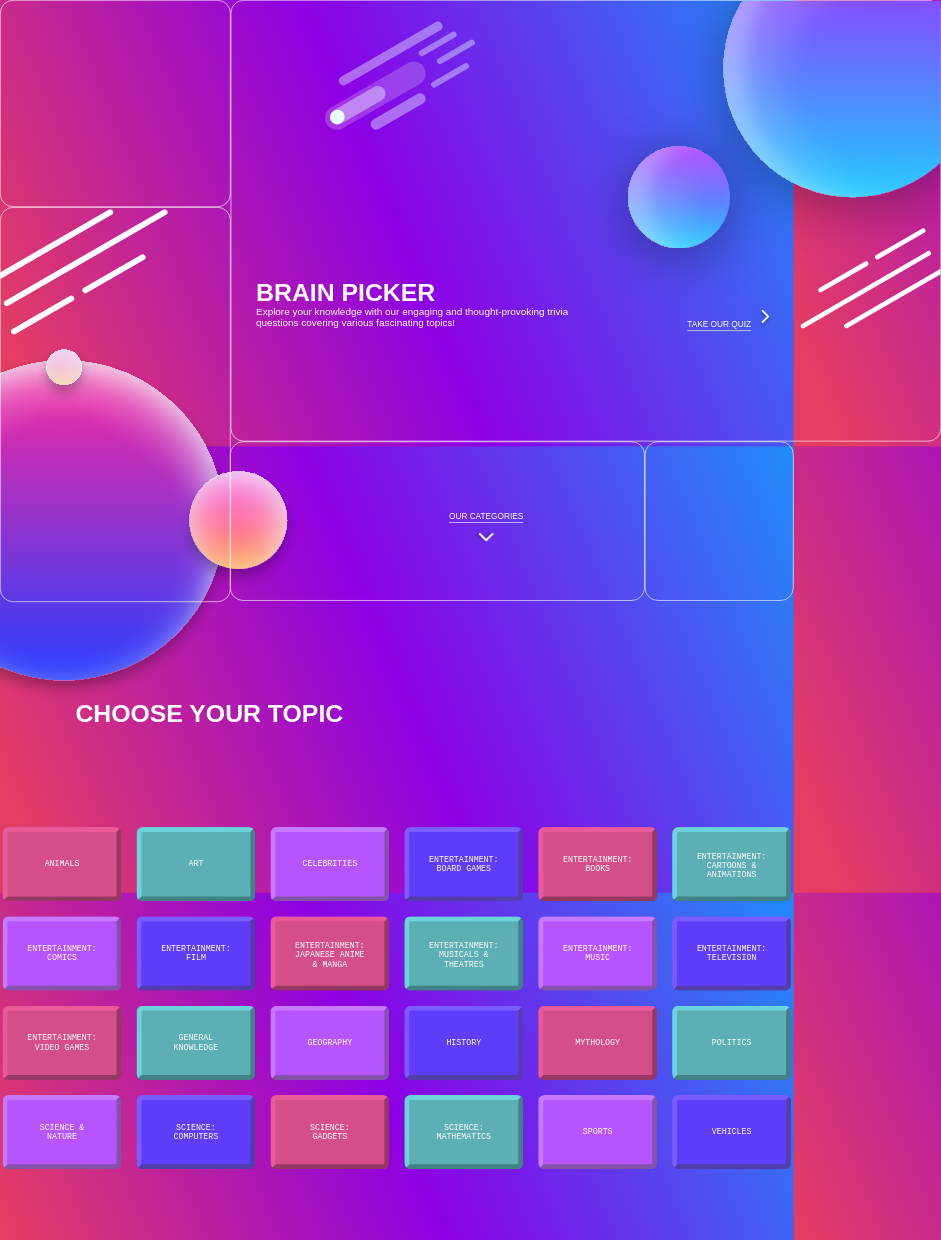
Repository: pjiang604/COMP-2170_Final-Project
Page: index.html
The author's editor kept a copy of each file at every save. The page is drawn from the files as they stood at one save, then again after the next save.
The browser window is 1280 px wide. The page is 1518 px wide, so the pictures cover 1518 px, including what lies to the right of the window. The pictures show the whole page, at 62% of full size.
Backgrounds fixed to the window are drawn as part of the page.

Above is the page before, as saved 2023-04-30 13:32:44.

### index.html
<!DOCTYPE html>
<html lang="en">
  <head>
    <meta charset="UTF-8">
    <meta http-equiv="X-UA-Compatible" content="IE=edge">
    <meta name="viewport" content="width=device-width, initial-scale=1.0">
    <link rel="stylesheet" href="style.css">
    <title> Brain Picker </title>
    <script src="/easy.js"></script>
    <script src="/medium.js"></script>
    <script src="/hard.js"></script>
  </head>
  <body>
    <div class="container">
      <div class="graphic__left">
        <img class="bottom__left_sphere" src="/Assets/bg_graphics/bottom_left_sphere_group.svg" alt="">
        <img class="left__shooting_star" src="/Assets/bg_graphics/shooting_star_left.svg" alt="">
      </div>
      <div class="left__containers">
        <div class="left__container_top"></div>
        <div class="left__container_bottom"></div>
      </div>
      <div class="quiz__container">
        <div class="left__content">
          <h1> BRAIN PICKER </h1>
          <p> Explore your knowledge with our engaging and thought-provoking trivia questions covering various fascinating topics! </p>
        </div>
        <div class="right__content">
          <div class="graphics">
            <img class="shooting__star_top" src="/Assets/bg_graphics/shooting_star_alt.svg" alt="">
            <img class="top__right_sphere" src="/Assets/bg_graphics/top_right_sphere_group.svg" alt="">
            <img class="star__right" src="/Assets/bg_graphics/shooting_star_right.svg" alt="">
          </div>
          <div class="quiz__button">
            <a href="#">
              <button class="take__quiz_button"> TAKE OUR QUIZ </button>
              <img class="quiz__arrow" src="/Assets/buttons/arrow-head.svg" alt="">
            </a>
          </div>
        </div>
      </div>
    </div>
    <div class="bottom__containers">
      <div class="bottom__container_left">
        <a href="#">
          <button class="categories__button"> OUR CATEGORIES </button>
        </a>
        <img class="categories__arrow" src="/Assets/buttons/arrow-head.svg" alt="" width="30px">
      </div>
      <div class="bottom__container_right"></div>
    </div>

    <div class="categories__section">
      <h1 class="topics_header">CHOOSE YOUR TOPIC</h1>

      <div class="categories_container">
        <button class='topic_button1' id="animals">animals</button>
        <button class='topic_button2' id="art">art</button>
        <button class='topic_button3' id="celebrities">celebrities</button>
        <button class='topic_button4' id="board_games">entertainment: board games</button>
        <button class='topic_button1' id="books">entertainment: books</button>
        <button class='topic_button2' id="cartoons_animations">entertainment: cartoons & animations</button>
        <button class='topic_button3' id="comics">entertainment: comics</button>
        <button class='topic_button4' id="film">entertainment: film</button>
        <button class='topic_button1' id="japanese_anime">entertainment: japanese anime & manga</button>
        <button class='topic_button2' id="musicals_theatre">entertainment: musicals & theatres</button>
        <button class='topic_button3' id="music">entertainment: music</button>
        <button class='topic_button4' id="television">entertainment: television</button>
        <button class='topic_button1' id="video_games">entertainment: video games</button>
        <button class='topic_button2' id="general_knwoledge">general knowledge</button>
        <button class='topic_button3' id="geography">geography</button>
        <button class='topic_button4' id="history">history</button>
        <button class='topic_button1' id="mythology">mythology</button>
        <button class='topic_button2' id="politics">politics</button>
        <button class='topic_button3' id="science_nature">science & nature</button>
        <button class='topic_button4' id="computers">science: computers</button>
        <button class='topic_button1' id="gadgets">science: gadgets </button>
        <button class='topic_button2' id="mathematics">science: mathematics</button>
        <button class='topic_button3' id="sports">sports</button>
        <button class='topic_button4' id="vehicles">vehicles</button>
      </div>
    </div>

  </body>
</html>

### style.css
:root {
	--primary-font: Arial, Helvetica, sans-serif;
	--secondary-font: 'Courier New', Courier, monospace;
	--font-weight-general: normal;
	--font-weight-light: 100;
	--font-weight-bold: bold;
	--font-size-body: 12pt;
	--font-size-heading: 30pt;
	--font-size-sub-heading: 22pt;

	--white: #fff;
	--black: #000000;
	--crimson: #d44f88;
	--crimson-2:#ea5a99;
	--teal:#5CAFB5;
	--teal-2:#6ad3db;
	--indigo:#603CFB;
	--indigo-2:#7a5cff;
	--purple: #B654FF;
	--purple-2:#c57aff;
}

h1 {
	font-size: var(--font-size-heading);
	font-weight: var(--font-weight-bold);
	font-family: var(--primary-font);
}

h2 {
	font-size: var(--font-size-sub-heading);
	font-weight: var(--font-weight-bold);
	font-family: var(--primary-font);
}

p {
	font-size: var(--font-size-body);
	font-weight: var(--font-weight-general);
	font-family: var(--primary-font);
}

* {
	margin: 0;
}

body {
	/* Linear gradient bg */
	background: linear-gradient(247.38deg, #2189FA 0.96%, #8D00E4 50.19%, #E53D62 95.42%);
	min-height: 2000px;
	background-attachment: fixed;
	background-position: center;
	background-repeat: no-repeat;
	background-size: cover;
	max-width: 100%;
}

/**Main container**/
.container {
	display: flex;
}

.bottom__left_sphere {
	position: absolute;
	width: 30rem;
	top: 35rem;
	z-index: -1;
}

.left__shooting_star {
	width: 17rem;
	position: absolute;
	top: 21rem;
}

/**Left containers**/
.left__container_top {
	box-sizing: border-box;
	display: flex;
	width: 372px;
	height: 334px;
	border: 0.25px solid #FFFFFF;
	border-radius: 21px;
}

.left__container_bottom {
	box-sizing: border-box;
	display: flex;
	width: 372px;
	height: 637px;
	border: 0.25px solid #FFFFFF;
	border-radius: 21px;
}

/**Bottom containers**/
.bottom__containers {
	display: flex;
	margin-top: -16.2rem;
	/* justify-content: end; */
	padding-left: 23.2rem;
}

.bottom__container_left {
	box-sizing: border-box;
	display: flex;
	width: 52.8rem;
	height: 257px;
	border: 0.25px solid #FFFFFF;
	border-radius: 21px;
}

.bottom__container_right {
	box-sizing: border-box;
	display: flex;
	width: 303px;
	height: 257px;
	border: 0.25px solid #FFFFFF;
	border-radius: 21px;
}

/**Quiz Section**/
.quiz__container {
	box-sizing: border-box;
	display: flex;
	width: 71.6rem;
	height: 44.5rem;
	border: 0.15px solid #FFFFFF;
	border-radius: 21px;
}

.shooting__star_top {
	position: absolute;
	right: 32rem;
	top: 2rem;
}

.top__right_sphere {
	display: flex;
	justify-content: end;
}

.star__right {
	display: flex;
	position: relative;
	float: right;
	bottom: 8rem;
}

.left__content {
	color: var(--white);
	width: 40rem;
	padding-left: 2.5rem;
	padding-top: 28rem;
}

.take__quiz_button {
	border: none;
	text-decoration: underline;
	text-underline-offset: 5px;
	color: var(--white);
	background: none;
	padding-left: 11rem;
	cursor: pointer;
}

.quiz__button>a {
	text-decoration: none;
}


.categories__button {
	border: none;
	text-decoration: underline;
	text-underline-offset: 5px;
	color: var(--white);
	background: none;
	padding-left: 22rem;
	padding-top: 7rem;
	cursor: pointer;
}

.categories__arrow {
	rotate: 90deg;
	margin-top: 2.5rem;
	position: absolute;
	left: 48rem;
	top: 50.5rem;
}

.bottom__container_left>a {
	text-decoration: none;
}


/** Topics Section **/
.categories__section{
	display: flex;
	flex-direction: column;
	align-items: left;
	justify-content: center;
	margin-top: 10rem;
}
.topics_header{
	color: var(--white);
	margin-left: 7.6rem;
}

.categories_container{
	font-family: var(--secondary-font);
	display: grid;
	grid-template-columns: 12rem 12rem 12rem 12rem 12rem 12rem;
	gap: 1.5rem;
	align-items: center;
	justify-content: center;
	padding-top: 10rem;
}

.topic_button1{
	font-family: var(--secondary-font);
	border-width: .5rem;
	height: 7.5rem;
    color: var(--white);
    border-radius: 0.656rem;
    background-color: var(--crimson);
    border-color: var(--crimson-2);
	padding: 2rem;
	text-transform: uppercase;

}

.topic_button2{
	font-family: var(--secondary-font);
	background-color: var(--teal);
	height: 7.5rem;
	color: var(--white);
	border-radius: 0.656rem;
	border-color: var(--teal-2);
	border-width: .5rem;
	text-transform: uppercase;
	padding: 2rem;
}
.topic_button3{
	font-family: var(--secondary-font);
	background-color:var(--purple);
	height: 7.5rem;
	color: var(--white);
	border-radius: 0.656rem;
	border-color:var(--purple-2);
	border-width: .5rem;
	text-transform: uppercase;
	padding: 2rem;
}
.topic_button4{
	font-family: var(--secondary-font);
	background-color:var(--indigo);
	height: 7.5rem;
	color: var(--white);
	border-radius: 0.656rem;
	border-color: var(--indigo-2);
	border-width: .5rem;
	text-transform: uppercase;
	padding: 2rem;
}

Loaded but not shown: easy.js (no stored copy; drawn as an empty file); medium.js (no stored copy; drawn as an empty file); hard.js (no stored copy; drawn as an empty file)

After the next save:
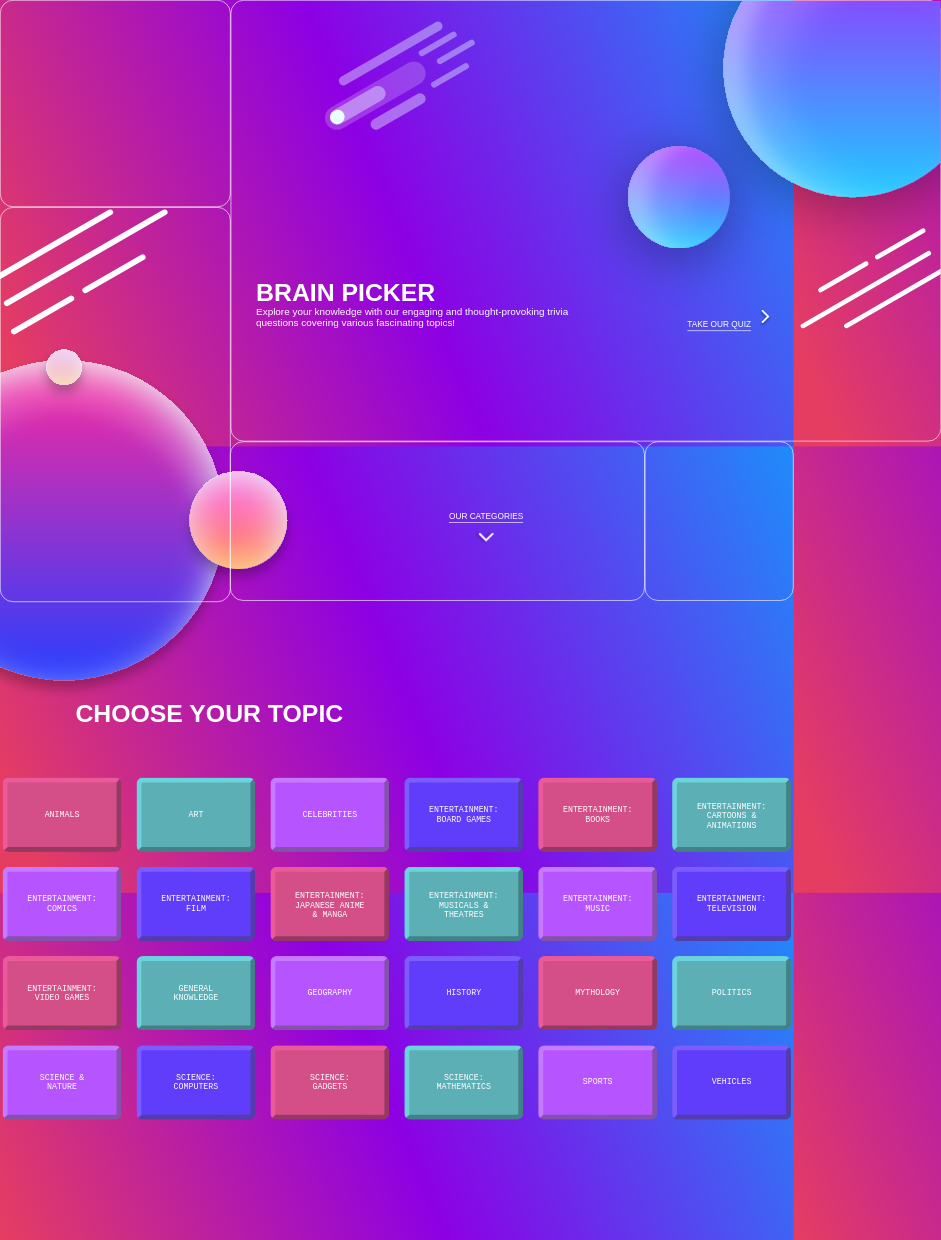
Saved 7 s later.
--- a/style.css
+++ b/style.css
@@ -210,7 +210,7 @@ body {
 	gap: 1.5rem;
 	align-items: center;
 	justify-content: center;
-	padding-top: 10rem;
+	padding-top: 5rem;
 }
 
 .topic_button1{
